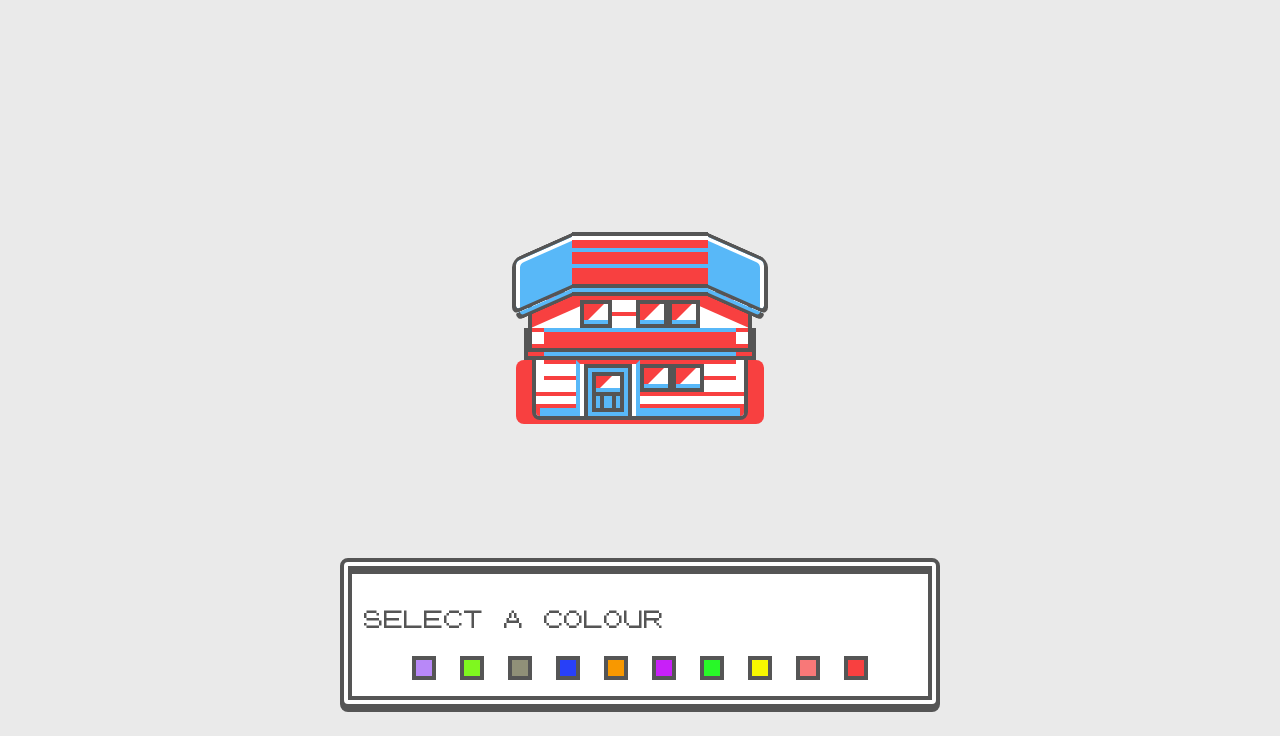
Repository: Khoi300399/BC35E_ES6-B1_MaThanhKhoi
Page: baitapArrowFunc/index.html
These files come from the project's save history. The page is drawn as it stood at one moment and after the next save; the edit follows.
The browser window is 1280 px wide. The pictures show the whole page.

Above is the page before, as saved 2022-10-20 21:03:45.

After the next save:
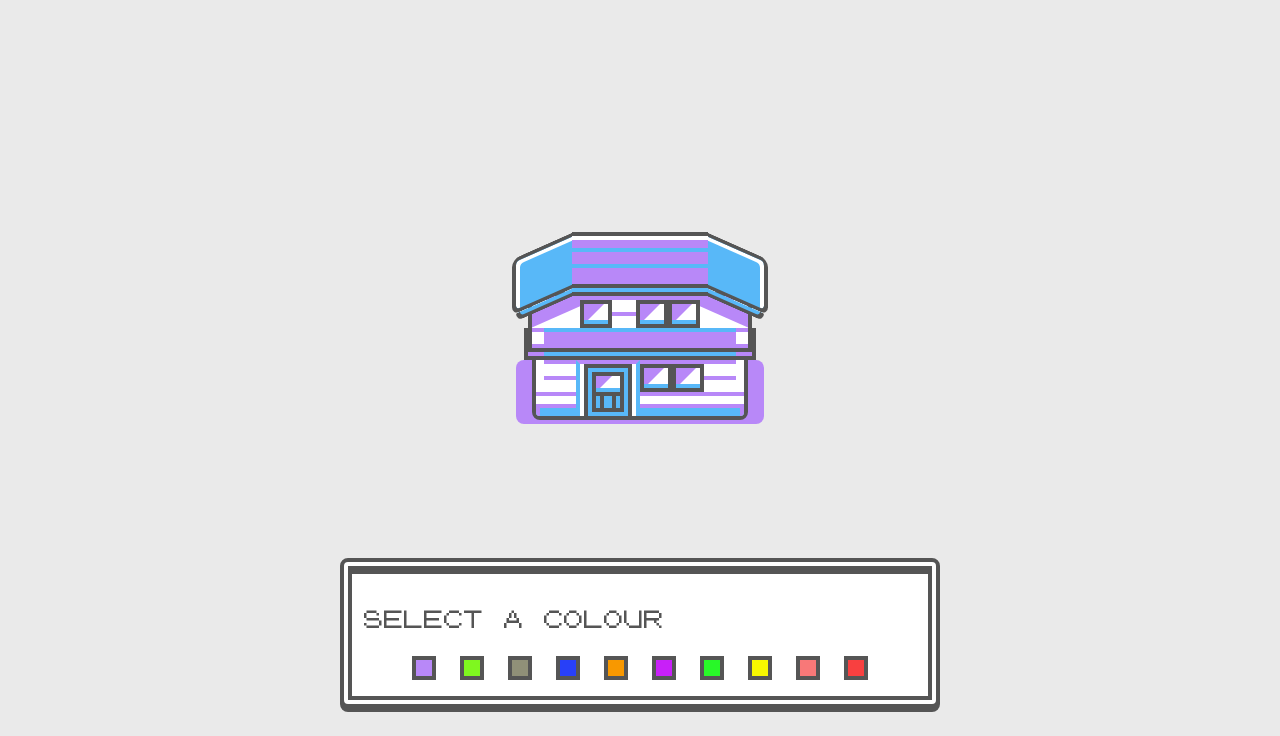
Console error: ReferenceError: color is not defined
Saved 55 s later.
--- a/baitapArrowFunc/js/index.js
+++ b/baitapArrowFunc/js/index.js
@@ -17,9 +17,9 @@
     contentColors += `
     <button class="color-button ${color}" onclick="btnChangeColor('${color}')"></button>
     `;
-    document.getElementById("house").classList.add(`${color}`);
   }
   document.querySelector("#colorContainer").innerHTML = contentColors;
+  document.getElementById("house").classList.add(`${color}`);
 };
 
 changeColor();
